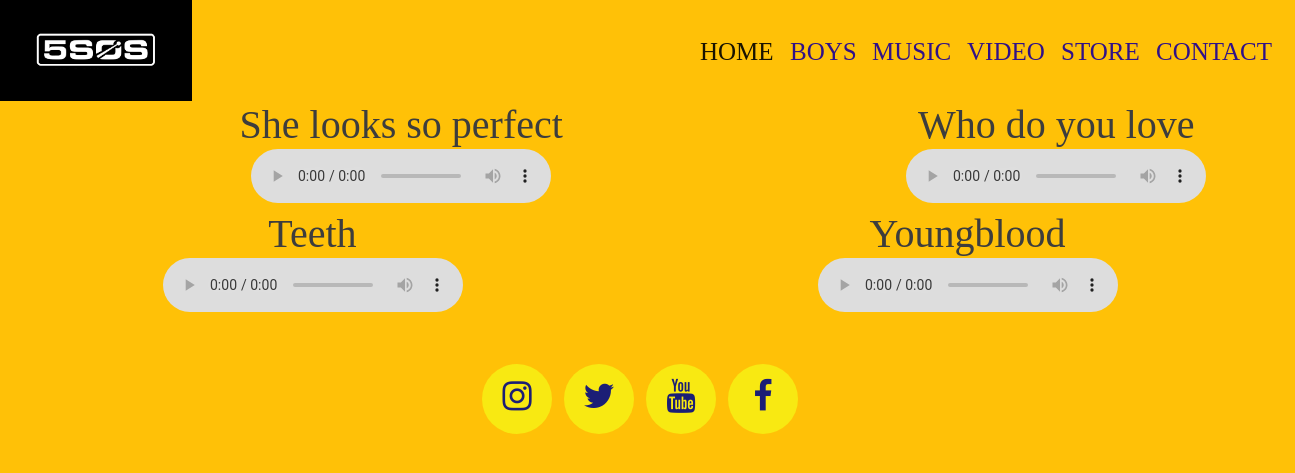
Repository: sun5lower/5SOS
Page: music.html
The author's editor kept a record of every edit. The page is drawn from the files as they stood at one moment, then again after the next edit.
The browser window is 1280 px wide. The page is 1295 px wide, so the pictures cover 1295 px, including what lies to the right of the window. The pictures show the whole page.

Above is the page before.

After the next edit:
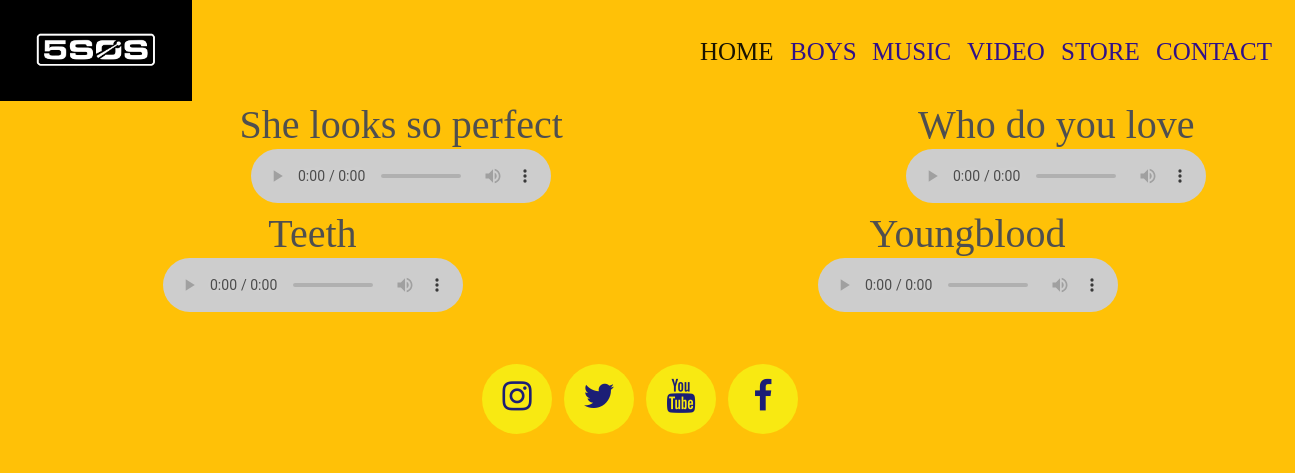
The edit:
--- a/music.html
+++ b/music.html
@@ -57,7 +57,7 @@
 
 
     <!--Audio files-->
-    <section>
+    <section class="audio">
         <div class="container-fluid audio">
             <div class="row music ">
                 <div class="col-md-6 col-sm-12 audio-file ">
